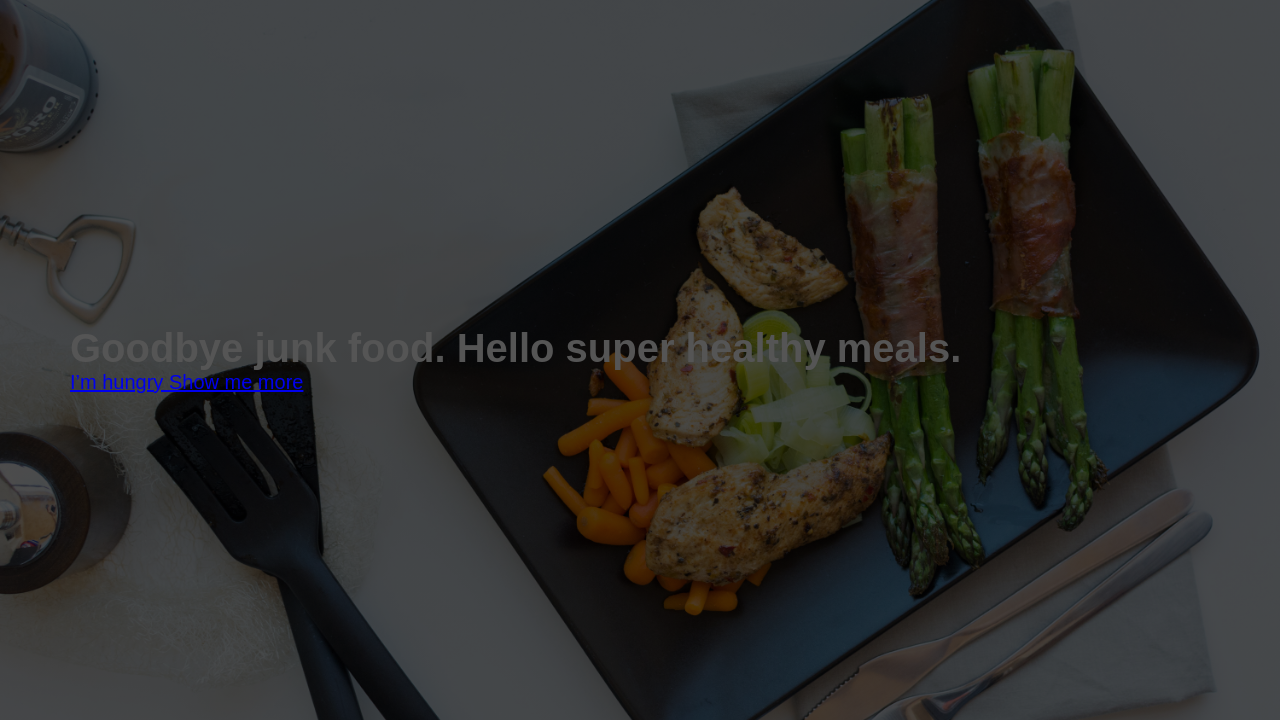
Repository: pboi18/E-Foods
Page: index.html
These files come from the project's save history. The page is drawn as it stood at one moment and after the next save; the edit follows.
The browser window is 1280 px wide. The pictures show the whole page.

Above is the page before, as saved 2020-07-09 21:47:35.

### index.html
<!DOCTYPE html>
<html lang="en">
    <head>
        <meta http-equiv="Content-Type" content="text/html;charset=UTF-8">
        <link rel="stylesheet" href="vendors/css/normalize.css">
        <link rel="stylesheet" href="vendors/css/7.1 Grid.css">
        <link rel="stylesheet" href="resources/css/style.css">
        <link href='http://fonts.googleapis.com/css?family=Lato:100,300,400,300italic' rel='stylesheet' type='text/css'>
        <title>Ominifoods</title>
    </head>

    <body>
        <header>

            <div class="hero-text-box">
                <h1>Goodbye junk food. Hello super healthy meals.</h1>
                <a href="#">I’m hungry </a>
                <a href="#">Show me more </a>
            </div>

        </header>
    </body>
</html>

### resources/css/style.css
* {
    margin: 0;
    padding: 0;
    box-sizing: border-box;
}

html {
    background-color: #fff;
    color: #555;
    font-family: Arial, Helvetica, sans-serif,'Lato';
    font-weight: 300;
    font-size: 20px;
    text-rendering: optimizeLegibility;
}

.row {
    max-width: 1140px;
    margin: 0 auto;
}

header {
    background-image: linear-gradient(rgba(0, 0, 0, 0.7), rgba(0, 0, 0, 0.7)), url(img/hero.jpg);
    background-size: cover;
    background-position: center;
    height: 100vh;
}


.hero-text-box {
    position: absolute;
    width: 1140px;
    top: 50%;
    left: 50%;
    transform: translate(-50%, -50%);
}

h1 {
    margin: 0;
}

Loaded but not shown: vendors/css/normalize.css (library); vendors/css/7.1 Grid.css (library)

After the next save:
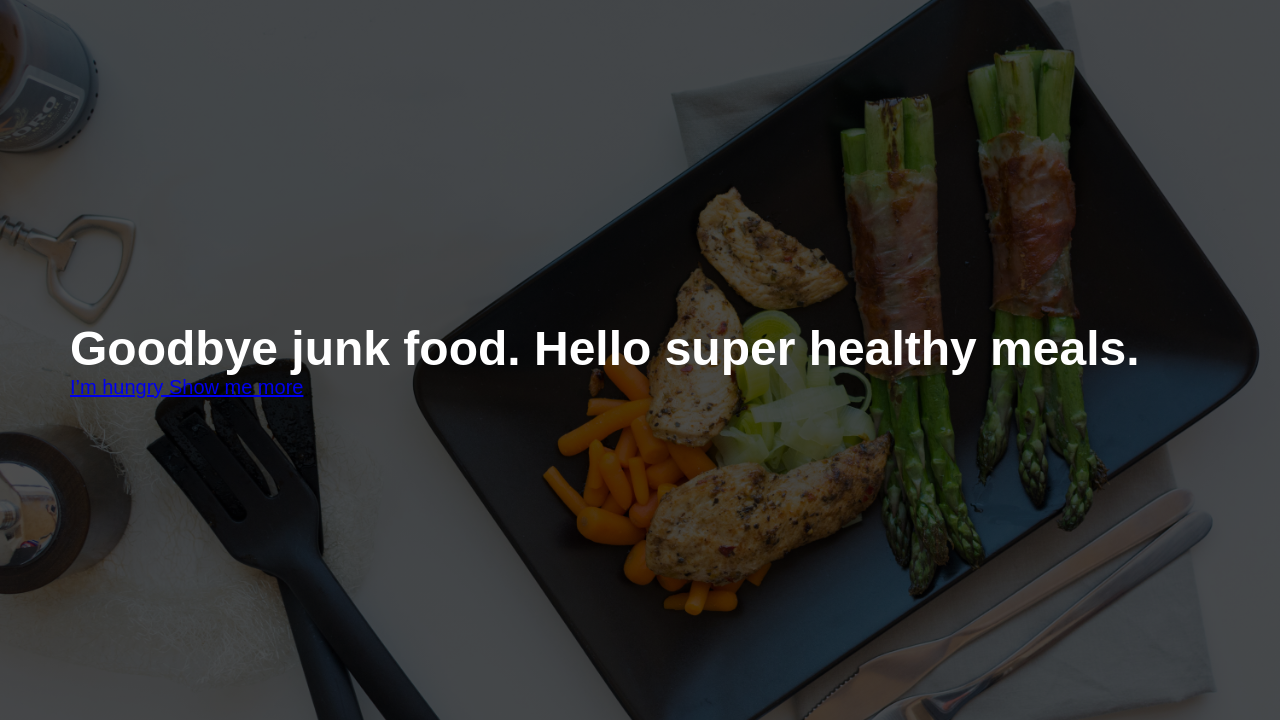
Saved 3 min 14 s later.
--- a/resources/css/style.css
+++ b/resources/css/style.css
@@ -36,4 +36,6 @@ header {
 
 h1 {
     margin: 0;
+    color: #fff;
+    font-size: 240%;
 }
